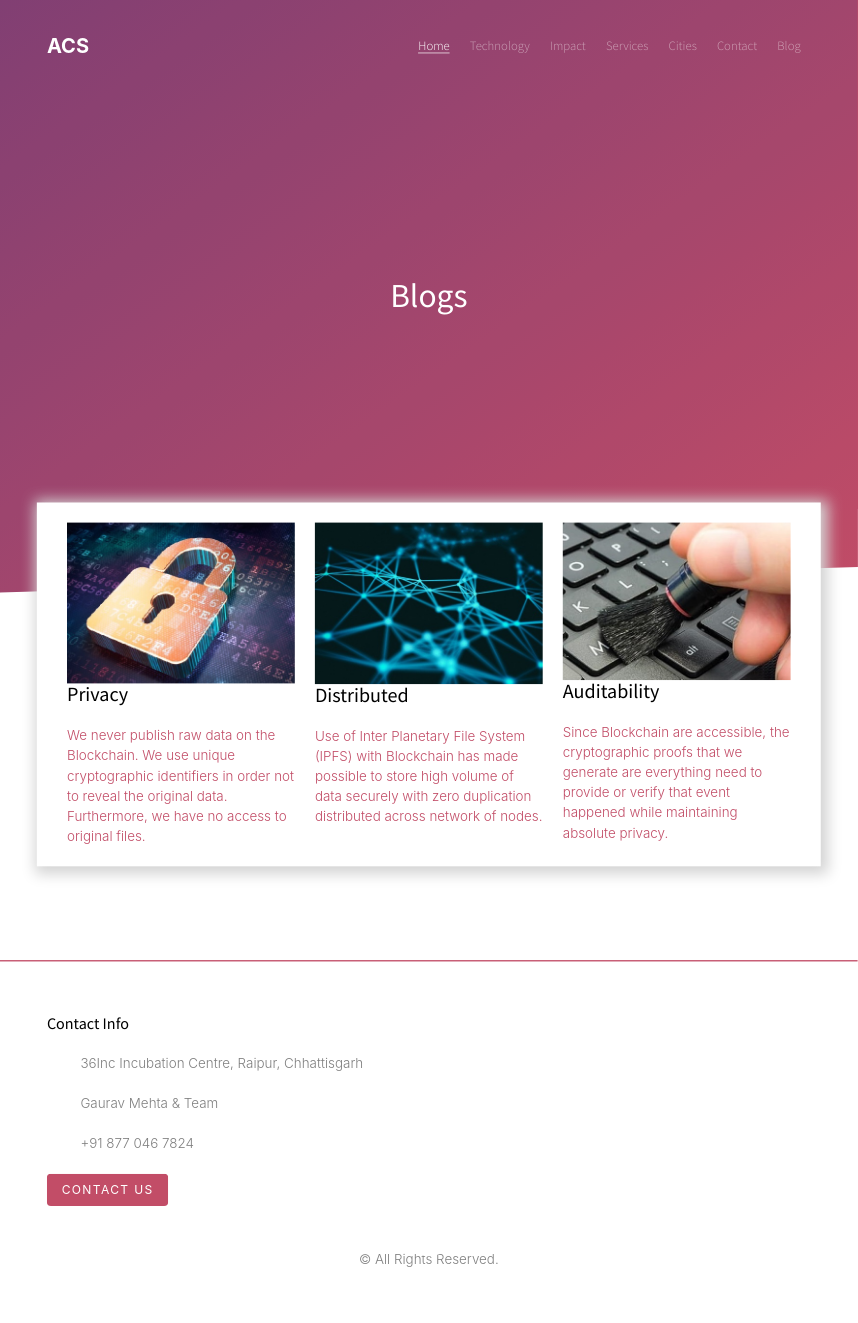
Repository: agarwalrahul-22/acs
Page: /blog
The author's editor kept a copy of each file at every save. The page is drawn from the files as they stood at one save, then again after the next save.
The browser window is 1280 px wide. The pictures show the whole page, at 67% of full size.
Some web fonts or font styles are not loaded; a fallback is used. The project was rebuilt for these pictures with package versions that can differ from the ones it lists, and the page was loaded fresh each time. Also part of the build but not shown: src/components/main/LandingComponent.js, src/components/main/TechComponent.js, src/components/main/ImpactComponent.js, src/components/main/ServicesComponent.js, src/components/main/CitiesComponent.js, src/components/main/ContactComponent.js, src/components/MainComponent.js, src/components/IBlogComponent.js.

Above is the page before, as saved 2022-10-10 22:32:33.

### public/index.html
<!DOCTYPE html>
<html lang="en">
  <head>
    <meta charset="utf-8" />
    <link rel="icon" href="%PUBLIC_URL%/favicon.ico" />
    <meta name="viewport" content="width=device-width, initial-scale=1" />
    <meta name="theme-color" content="#000000" />
    <meta name="description" content="Blockchain based Atithi Compliance System" />
    <link rel="apple-touch-icon" href="%PUBLIC_URL%/logo192.png" />
    <link href='https://fonts.googleapis.com/css?family=Source+Sans+Pro:400,300,600,400italic,700' rel='stylesheet'
      type='text/css'>
    <link rel="stylesheet" href="css/animate.css">
    <link rel="stylesheet" href="css/icomoon.css">
    <link rel="stylesheet" href="css/simple-line-icons.css">
    <link rel="stylesheet" href="css/magnific-popup.css">
    <link rel="stylesheet" href="css/bootstrap.css">
    <link rel="stylesheet" href="css/style3.css">
    <!--
      manifest.json provides metadata used when your web app is installed on a
      user's mobile device or desktop. See https://developers.google.com/web/fundamentals/web-app-manifest/
    -->
    <link rel="manifest" href="%PUBLIC_URL%/manifest.json" />
    <!--
      Notice the use of %PUBLIC_URL% in the tags above.
      It will be replaced with the URL of the `public` folder during the build.
      Only files inside the `public` folder can be referenced from the HTML.

      Unlike "/favicon.ico" or "favicon.ico", "%PUBLIC_URL%/favicon.ico" will
      work correctly both with client-side routing and a non-root public URL.
      Learn how to configure a non-root public URL by running `npm run build`.
    -->
    <title>Atithi Compliance System</title>
  </head>
  <body>
    <noscript>You need to enable JavaScript to run this app.</noscript>
    <div id="root"></div>
    <!--
      This HTML file is a template.
      If you open it directly in the browser, you will see an empty page.

      You can add webfonts, meta tags, or analytics to this file.
      The build step will place the bundled scripts into the <body> tag.

      To begin the development, run `npm start` or `yarn start`.
      To create a production bundle, use `npm run build` or `yarn build`.
    -->
  </body>
</html>

### src/components/FooterComponent.js
import React from 'react'

export default function FooterComponent() {
  return (
    <div>
      <section
        id="fh5co-contact"
        data-section="contact"
        style={{ borderTop: "2px solid #c24d67" }}
      >
        <div className="container">
          <div className="row">
              <div className="col-md-6 to-animate">
                <h3>Contact Info</h3>
                <ul className="fh5co-contact-info">
                  <li>
                    <i className="icon-home"></i>36Inc Incubation Centre,
                    Raipur, Chhattisgarh
                  </li>
                  <li>
                    <i className="icon-envelope"></i>Gaurav Mehta & Team
                  </li>
                  <li>
                    <i className="icon-phone"></i>+91 877 046 7824
                  </li>
                </ul>
                <div className="form-group ">
                  <a
                    rel="noopener"
                    className="btn btn-primary btn-lg"
                    target="_blank"
                    href="https://docs.google.com/forms/d/e/1FAIpQLScY8eRM8vKYqxOk8EkxHlNGjagj-Hm-ePQu4LbVlgjD5vNo3w/viewform"
                  >
                    Contact Us
                  </a>
                </div>
              </div>
          </div>
        </div>
      </section>
      <footer id="footer" role="contentinfo">
        <a href="#" className="gotop js-gotop">
          <i className="icon-arrow-up2"></i>
        </a>
        <div className="container">
          <div className="">
            <div className="col-md-12 text-center">
              <p>&copy; All Rights Reserved.</p>
            </div>
          </div>
        </div>
      </footer>
    </div>
  );
}

### public/css/simple-line-icons.css
@font-face {
  font-family: 'simple-line-icons';
  src:  url('../fonts/simple-line-icons/Simple-Line-Icons.eot?v=2.2.2');
  src:  url('../fonts/simple-line-icons/Simple-Line-Icons.eot?#iefix&v=2.2.2') format('embedded-opentype'),
        url('../fonts/simple-line-icons/Simple-Line-Icons.ttf?v=2.2.2') format('truetype'),
        url('../fonts/simple-line-icons/Simple-Line-Icons.woff2?v=2.2.2') format('woff2'),
        url('../fonts/simple-line-icons/Simple-Line-Icons.woff?v=2.2.2') format('woff'),
        url('../fonts/simple-line-icons/Simple-Line-Icons.svg?v=2.2.2#simple-line-icons') format('svg');
  font-weight: normal;
  font-style: normal;
}
/*
 Use the following CSS code if you want to have a class per icon.
 Instead of a list of all class selectors, you can use the generic [class*="icon-"] selector, but it's slower:
*/
.icon-user,
.icon-people,
.icon-user-female,
.icon-user-follow,
.icon-user-following,
.icon-user-unfollow,
.icon-login,
.icon-logout,
.icon-emotsmile,
.icon-phone,
.icon-call-end,
.icon-call-in,
.icon-call-out,
.icon-map,
.icon-location-pin,
.icon-direction,
.icon-directions,
.icon-compass,
.icon-layers,
.icon-menu,
.icon-list,
.icon-options-vertical,
.icon-options,
.icon-arrow-down,
.icon-arrow-left,
.icon-arrow-right,
.icon-arrow-up,
.icon-arrow-up-circle,
.icon-arrow-left-circle,
.icon-arrow-right-circle,
.icon-arrow-down-circle,
.icon-check,
.icon-clock,
.icon-plus,
.icon-close,
.icon-trophy,
.icon-screen-smartphone,
.icon-screen-desktop,
.icon-plane,
.icon-notebook,
.icon-mustache,
.icon-mouse,
.icon-magnet,
.icon-energy,
.icon-disc,
.icon-cursor,
.icon-cursor-move,
.icon-crop,
.icon-chemistry,
.icon-speedometer,
.icon-shield,
.icon-screen-tablet,
.icon-magic-wand,
.icon-hourglass,
.icon-graduation,
.icon-ghost,
.icon-game-controller,
.icon-fire,
.icon-eyeglass,
.icon-envelope-open,
.icon-envelope-letter,
.icon-bell,
.icon-badge,
.icon-anchor,
.icon-wallet,
.icon-vector,
.icon-speech,
.icon-puzzle,
.icon-printer,
.icon-present,
.icon-playlist,
.icon-pin,
.icon-picture,
.icon-handbag,
.icon-globe-alt,
.icon-globe,
.icon-folder-alt,
.icon-folder,
.icon-film,
.icon-feed,
.icon-drop,
.icon-drawar,
.icon-docs,
.icon-doc,
.icon-diamond,
.icon-cup,
.icon-calculator,
.icon-bubbles,
.icon-briefcase,
.icon-book-open,
.icon-basket-loaded,
.icon-basket,
.icon-bag,
.icon-action-undo,
.icon-action-redo,
.icon-wrench,
.icon-umbrella,
.icon-trash,
.icon-tag,
.icon-support,
.icon-frame,
.icon-size-fullscreen,
.icon-size-actual,
.icon-shuffle,
.icon-share-alt,
.icon-share,
.icon-rocket,
.icon-question,
.icon-pie-chart,
.icon-pencil,
.icon-note,
.icon-loop,
.icon-home,
.icon-grid,
.icon-graph,
.icon-microphone,
.icon-music-tone-alt,
.icon-music-tone,
.icon-earphones-alt,
.icon-earphones,
.icon-equalizer,
.icon-like,
.icon-dislike,
.icon-control-start,
.icon-control-rewind,
.icon-control-play,
.icon-control-pause,
.icon-control-forward,
.icon-control-end,
.icon-volume-1,
.icon-volume-2,
.icon-volume-off,
.icon-calendar,
.icon-bulb,
.icon-chart,
.icon-ban,
.icon-bubble,
.icon-camrecorder,
.icon-camera,
.icon-cloud-download,
.icon-cloud-upload,
.icon-envelope,
.icon-eye,
.icon-flag,
.icon-heart,
.icon-info,
.icon-key,
.icon-link,
.icon-lock,
.icon-lock-open,
.icon-magnifier,
.icon-magnifier-add,
.icon-magnifier-remove,
.icon-paper-clip,
.icon-paper-plane,
.icon-power,
.icon-refresh,
.icon-reload,
.icon-settings,
.icon-star,
.icon-symble-female,
.icon-symbol-male,
.icon-target,
.icon-credit-card,
.icon-paypal,
.icon-social-tumblr,
.icon-social-twitter,
.icon-social-facebook,
.icon-social-instagram,
.icon-social-linkedin,
.icon-social-pinterest,
.icon-social-github,
.icon-social-gplus,
.icon-social-reddit,
.icon-social-skype,
.icon-social-dribbble,
.icon-social-behance,
.icon-social-foursqare,
.icon-social-soundcloud,
.icon-social-spotify,
.icon-social-stumbleupon,
.icon-social-youtube,
.icon-social-dropbox {
  font-family: 'simple-line-icons';
  speak: none;
  font-style: normal;
  font-weight: normal;
  font-variant: normal;
  text-transform: none;
  line-height: 1;
  /* Better Font Rendering =========== */
  -webkit-font-smoothing: antialiased;
  -moz-osx-font-smoothing: grayscale;
}
.icon-user:before {
  content: "\e005";
}
.icon-people:before {
  content: "\e001";
}
.icon-user-female:before {
  content: "\e000";
}
.icon-user-follow:before {
  content: "\e002";
}
.icon-user-following:before {
  content: "\e003";
}
.icon-user-unfollow:before {
  content: "\e004";
}
.icon-login:before {
  content: "\e066";
}
.icon-logout:before {
  content: "\e065";
}
.icon-emotsmile:before {
  content: "\e021";
}
.icon-phone:before {
  content: "\e600";
}
.icon-call-end:before {
  content: "\e048";
}
.icon-call-in:before {
  content: "\e047";
}
.icon-call-out:before {
  content: "\e046";
}
.icon-map:before {
  content: "\e033";
}
.icon-location-pin:before {
  content: "\e096";
}
.icon-direction:before {
  content: "\e042";
}
.icon-directions:before {
  content: "\e041";
}
.icon-compass:before {
  content: "\e045";
}
.icon-layers:before {
  content: "\e034";
}
.icon-menu:before {
  content: "\e601";
}
.icon-list:before {
  content: "\e067";
}
.icon-options-vertical:before {
  content: "\e602";
}
.icon-options:before {
  content: "\e603";
}
.icon-arrow-down:before {
  content: "\e604";
}
.icon-arrow-left:before {
  content: "\e605";
}
.icon-arrow-right:before {
  content: "\e606";
}
.icon-arrow-up:before {
  content: "\e607";
}
.icon-arrow-up-circle:before {
  content: "\e078";
}
.icon-arrow-left-circle:before {
  content: "\e07a";
}
.icon-arrow-right-circle:before {
  content: "\e079";
}
.icon-arrow-down-circle:before {
  content: "\e07b";
}
.icon-check:before {
  content: "\e080";
}
.icon-clock:before {
  content: "\e081";
}
.icon-plus:before {
  content: "\e095";
}
.icon-close:before {
  content: "\e082";
}
.icon-trophy:before {
  content: "\e006";
}
.icon-screen-smartphone:before {
  content: "\e010";
}
.icon-screen-desktop:before {
  content: "\e011";
}
.icon-plane:before {
  content: "\e012";
}
.icon-notebook:before {
  content: "\e013";
}
.icon-mustache:before {
  content: "\e014";
}
.icon-mouse:before {
  content: "\e015";
}
.icon-magnet:before {
  content: "\e016";
}
.icon-energy:before {
  content: "\e020";
}
.icon-disc:before {
  content: "\e022";
}
.icon-cursor:before {
  content: "\e06e";
}
.icon-cursor-move:before {
  content: "\e023";
}
.icon-crop:before {
  content: "\e024";
}
.icon-chemistry:before {
  content: "\e026";
}
.icon-speedometer:before {
  content: "\e007";
}
.icon-shield:before {
  content: "\e00e";
}
.icon-screen-tablet:before {
  content: "\e00f";
}
.icon-magic-wand:before {
  content: "\e017";
}
.icon-hourglass:before {
  content: "\e018";
}
.icon-graduation:before {
  content: "\e019";
}
.icon-ghost:before {
  content: "\e01a";
}
.icon-game-controller:before {
  content: "\e01b";
}
.icon-fire:before {
  content: "\e01c";
}
.icon-eyeglass:before {
  content: "\e01d";
}
.icon-envelope-open:before {
  content: "\e01e";
}
.icon-envelope-letter:before {
  content: "\e01f";
}
.icon-bell:before {
  content: "\e027";
}
.icon-badge:before {
  content: "\e028";
}
.icon-anchor:before {
  content: "\e029";
}
.icon-wallet:before {
  content: "\e02a";
}
.icon-vector:before {
  content: "\e02b";
}
.icon-speech:before {
  content: "\e02c";
}
.icon-puzzle:before {
  content: "\e02d";
}
.icon-printer:before {
  content: "\e02e";
}
.icon-present:before {
  content: "\e02f";
}
.icon-playlist:before {
  content: "\e030";
}
.icon-pin:before {
  content: "\e031";
}
.icon-picture:before {
  content: "\e032";
}
.icon-handbag:before {
  content: "\e035";
}
.icon-globe-alt:before {
  content: "\e036";
}
.icon-globe:before {
  content: "\e037";
}
.icon-folder-alt:before {
  content: "\e039";
}
.icon-folder:before {
  content: "\e089";
}
.icon-film:before {
  content: "\e03a";
}
.icon-feed:before {
  content: "\e03b";
}
.icon-drop:before {
  content: "\e03e";
}
.icon-drawar:before {
  content: "\e03f";
}
.icon-docs:before {
  content: "\e040";
}
.icon-doc:before {
  content: "\e085";
}
.icon-diamond:before {
  content: "\e043";
}
.icon-cup:before {
  content: "\e044";
}
.icon-calculator:before {
  content: "\e049";
}
.icon-bubbles:before {
  content: "\e04a";
}
.icon-briefcase:before {
  content: "\e04b";
}
.icon-book-open:before {
  content: "\e04c";
}
.icon-basket-loaded:before {
  content: "\e04d";
}
.icon-basket:before {
  content: "\e04e";
}
.icon-bag:before {
  content: "\e04f";
}
.icon-action-undo:before {
  content: "\e050";
}
.icon-action-redo:before {
  content: "\e051";
}
.icon-wrench:before {
  content: "\e052";
}
.icon-umbrella:before {
  content: "\e053";
}
.icon-trash:before {
  content: "\e054";
}
.icon-tag:before {
  content: "\e055";
}
.icon-support:before {
  content: "\e056";
}
.icon-frame:before {
  content: "\e038";
}
.icon-size-fullscreen:before {
  content: "\e057";
}
.icon-size-actual:before {
  content: "\e058";
}
.icon-shuffle:before {
  content: "\e059";
}
.icon-share-alt:before {
  content: "\e05a";
}
.icon-share:before {
  content: "\e05b";
}
.icon-rocket:before {
  content: "\e05c";
}
.icon-question:before {
  content: "\e05d";
}
.icon-pie-chart:before {
  content: "\e05e";
}
.icon-pencil:before {
  content: "\e05f";
}
.icon-note:before {
  content: "\e060";
}
.icon-loop:before {
  content: "\e064";
}
.icon-home:before {
  content: "\e069";
}
.icon-grid:before {
  content: "\e06a";
}
.icon-graph:before {
  content: "\e06b";
}
.icon-microphone:before {
  content: "\e063";
}
.icon-music-tone-alt:before {
  content: "\e061";
}
.icon-music-tone:before {
  content: "\e062";
}
.icon-earphones-alt:before {
  content: "\e03c";
}
.icon-earphones:before {
  content: "\e03d";
}
.icon-equalizer:before {
  content: "\e06c";
}
.icon-like:before {
  content: "\e068";
}
.icon-dislike:before {
  content: "\e06d";
}
.icon-control-start:before {
  content: "\e06f";
}
.icon-control-rewind:before {
  content: "\e070";
}
.icon-control-play:before {
  content: "\e071";
}
.icon-control-pause:before {
  content: "\e072";
}
.icon-control-forward:before {
  content: "\e073";
}
.icon-control-end:before {
  content: "\e074";
}
.icon-volume-1:before {
  content: "\e09f";
}
.icon-volume-2:before {
  content: "\e0a0";
}
.icon-volume-off:before {
  content: "\e0a1";
}
.icon-calendar:before {
  content: "\e075";
}
.icon-bulb:before {
  content: "\e076";
}
.icon-chart:before {
  content: "\e077";
}
.icon-ban:before {
  content: "\e07c";
}
.icon-bubble:before {
  content: "\e07d";
}
.icon-camrecorder:before {
  content: "\e07e";
}
.icon-camera:before {
  content: "\e07f";
}
.icon-cloud-download:before {
  content: "\e083";
}
.icon-cloud-upload:before {
  content: "\e084";
}
.icon-envelope:before {
  content: "\e086";
}
.icon-eye:before {
  content: "\e087";
}
.icon-flag:before {
  content: "\e088";
}
.icon-heart:before {
  content: "\e08a";
}
.icon-info:before {
  content: "\e08b";
}
.icon-key:before {
  content: "\e08c";
}
.icon-link:before {
  content: "\e08d";
}
.icon-lock:before {
  content: "\e08e";
}
.icon-lock-open:before {
  content: "\e08f";
}
.icon-magnifier:before {
  content: "\e090";
}
.icon-magnifier-add:before {
  content: "\e091";
}
.icon-magnifier-remove:before {
  content: "\e092";
}
.icon-paper-clip:before {
  content: "\e093";
}
.icon-paper-plane:before {
  content: "\e094";
}
.icon-power:before {
  content: "\e097";
}
.icon-refresh:before {
  content: "\e098";
}
.icon-reload:before {
  content: "\e099";
}
.icon-settings:before {
  content: "\e09a";
}
.icon-star:before {
  content: "\e09b";
}
.icon-symble-female:before {
  content: "\e09c";
}
.icon-symbol-male:before {
  content: "\e09d";
}
.icon-target:before {
  content: "\e09e";
}
.icon-credit-card:before {
  content: "\e025";
}
.icon-paypal:before {
  content: "\e608";
}
.icon-social-tumblr:before {
  content: "\e00a";
}
.icon-social-twitter:before {
  content: "\e009";
}
.icon-social-facebook:before {
  content: "\e00b";
}
.icon-social-instagram:before {
  content: "\e609";
}
.icon-social-linkedin:before {
  content: "\e60a";
}
.icon-social-pinterest:before {
  content: "\e60b";
}
.icon-social-github:before {
  content: "\e60c";
}
.icon-social-gplus:before {
  content: "\e60d";
}
.icon-social-reddit:before {
  content: "\e60e";
}
.icon-social-skype:before {
  content: "\e60f";
}
.icon-social-dribbble:before {
  content: "\e00d";
}
.icon-social-behance:before {
  content: "\e610";
}
.icon-social-foursqare:before {
  content: "\e611";
}
.icon-social-soundcloud:before {
  content: "\e612";
}
.icon-social-spotify:before {
  content: "\e613";
}
.icon-social-stumbleupon:before {
  content: "\e614";
}
.icon-social-youtube:before {
  content: "\e008";
}
.icon-social-dropbox:before {
  content: "\e00c";
}

Loaded but not shown: src/index.js (common file); src/index.css (common file); src/reportWebVitals.js (common file); public/css/animate.css (library); public/css/icomoon.css (common file); public/css/magnific-popup.css (library); public/css/bootstrap.css (library); src/components/BlogComponent.js (91 lines, source omitted); src/components/HeaderComponent.js (68 lines, source omitted); src/App.js (40 lines, source omitted); public/css/style3.css (1411 lines, source omitted)

After the next save:
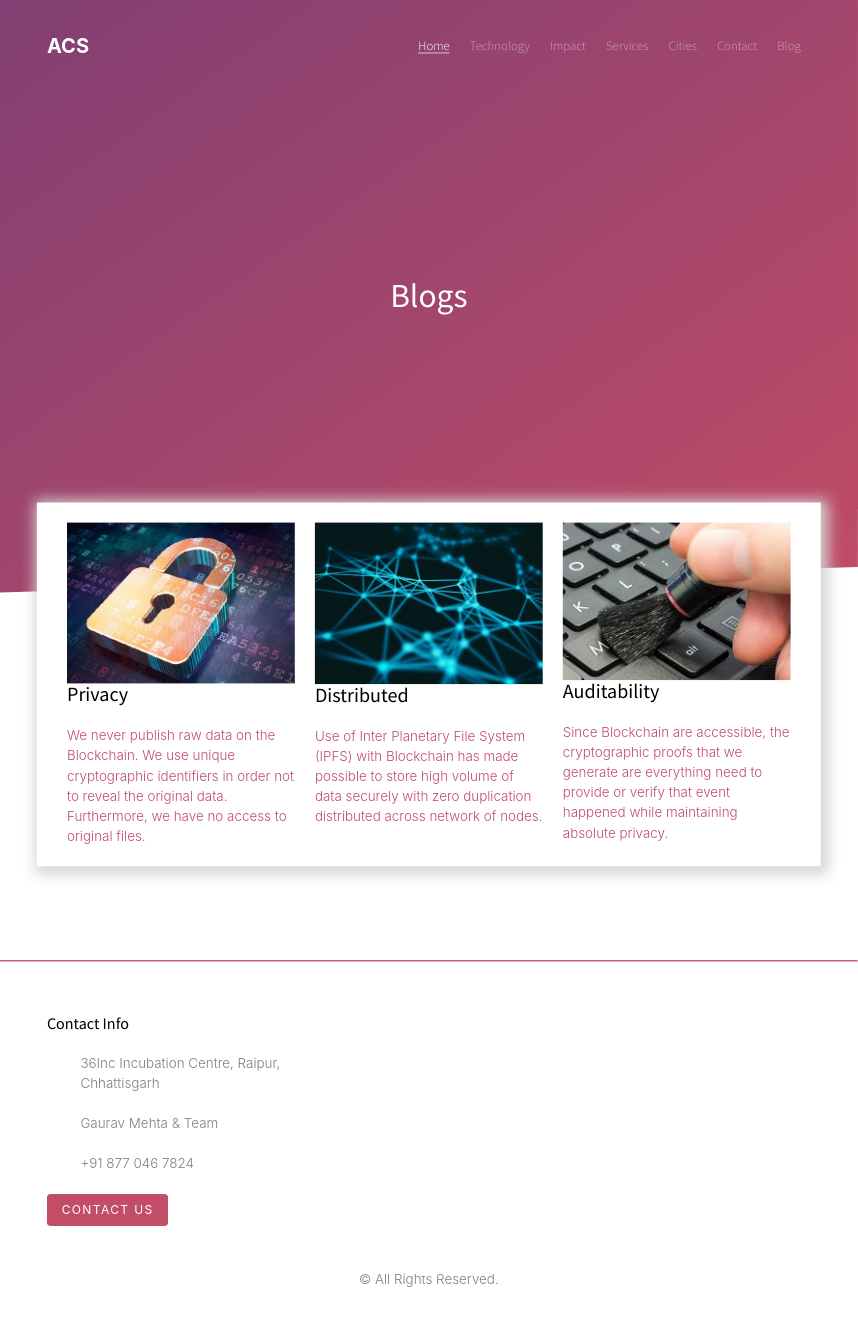
Saved 73 s later.
--- a/src/components/FooterComponent.js
+++ b/src/components/FooterComponent.js
@@ -10,7 +10,7 @@ export default function FooterComponent() {
       >
         <div className="container">
           <div className="row">
-              <div className="col-md-6 to-animate">
+              <div className="col-md-4 to-animate">
                 <h3>Contact Info</h3>
                 <ul className="fh5co-contact-info">
                   <li>
